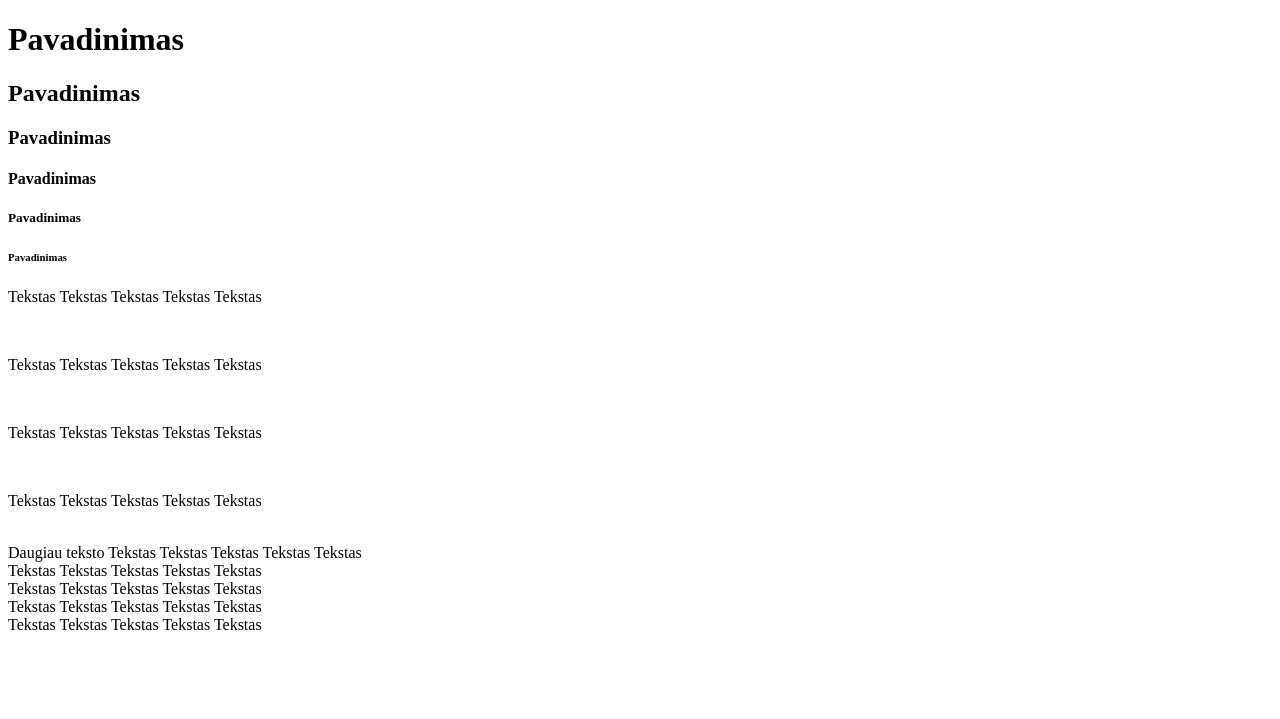
Repository: motiejus1/01-paskait
Page: pirmas.html
The author's editor kept a copy of each file at every save. The page is drawn from the files as they stood at one save, then again after a run of saves.
The browser window is 1280 px wide. The pictures show the whole page.

Above is the page before, as saved 2021-05-31 20:27:25.

After the next 3 saves:
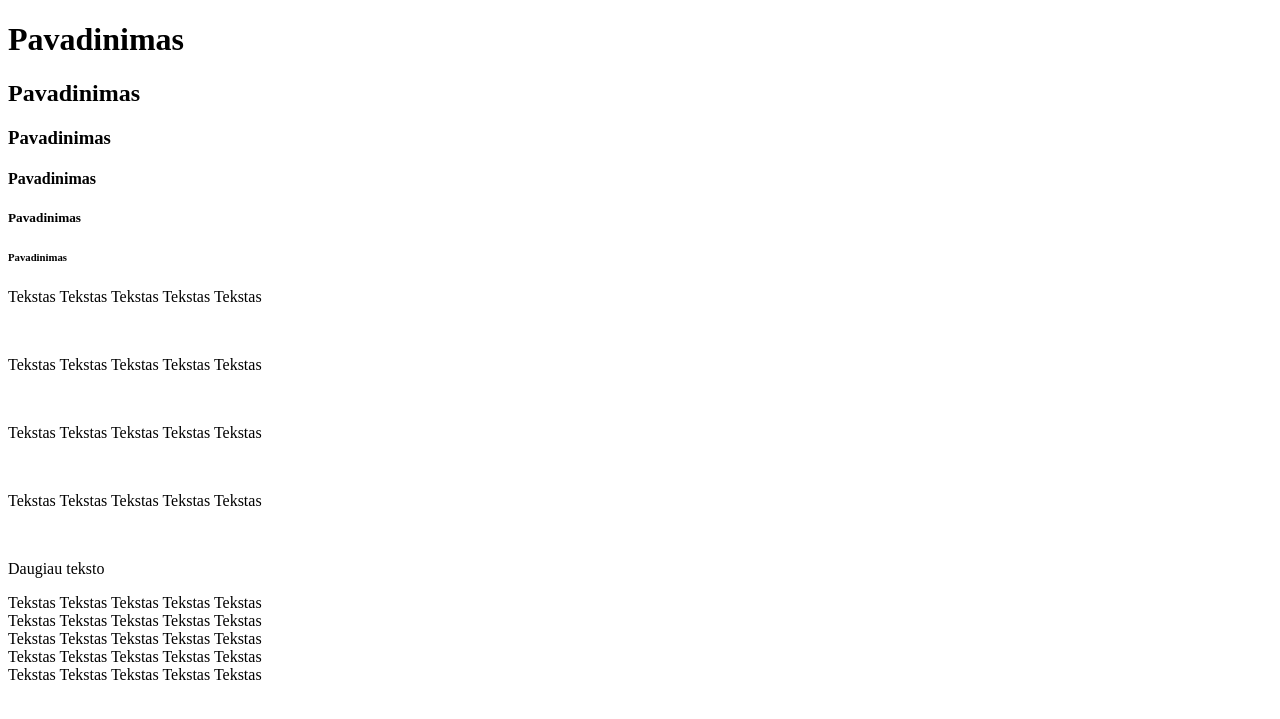
The 3 saves are shown as one change because they came seconds apart.
The last was saved 10 s later.
--- a/pirmas.html
+++ b/pirmas.html
@@ -22,7 +22,7 @@
         <p>Tekstas Tekstas Tekstas Tekstas Tekstas</p><br>
         <p>Tekstas Tekstas Tekstas Tekstas Tekstas</p><br>
 
-        Daugiau teksto
+        <p>Daugiau teksto</p>
 
 
         Tekstas Tekstas Tekstas Tekstas Tekstas<br>
